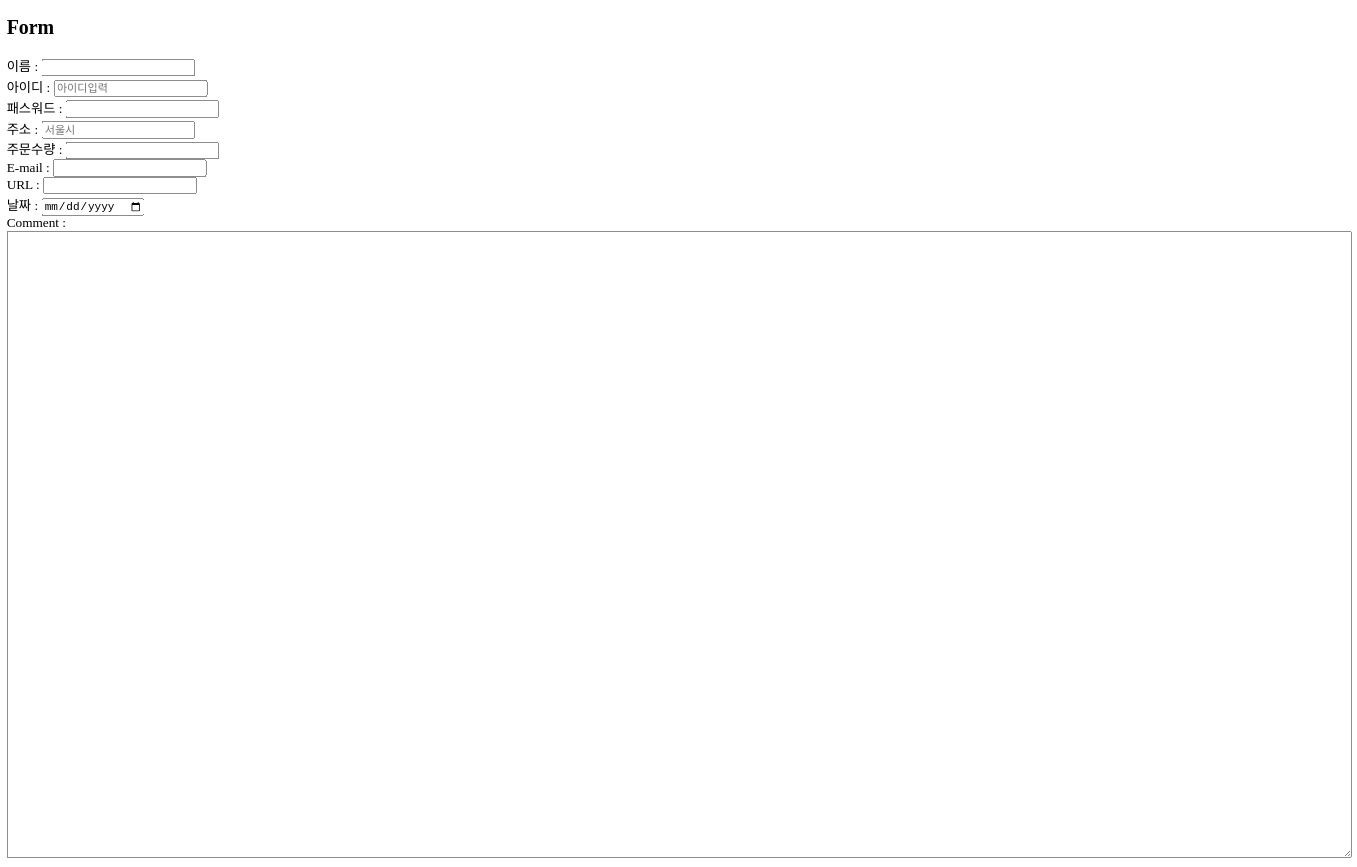
Repository: star-min/jsp_basic
Page: jsp1/web01/src/main/webapp/form.html
The author's editor kept a copy of each file at every save. The page is drawn from the files as they stood at one save, then again after the next save.
The browser window is 1280 px wide. The page is 1635 px wide, then 1280 px, so the pictures cover 1635 px, including what lies to the right of the window. The pictures show the whole page, at 83% of full size.

Above is the page before, as saved 2022-04-22 05:17:17.

### jsp1/web01/src/main/webapp/form.html
<!DOCTYPE html>
<html>
<head>
<meta charset="UTF-8">
<title>From</title>
<style>

</style>
</head>
<body>
	<header>
		<h2>Form</h2>
	</header>
	<tbody>
		<div>
			<tr>
				<th>이름 : </th>
				<td>
					<input type="text" id="mname" name="mname" class="name">
					</br>
				</td>
			</tr>
			<tr>
				<th>아이디 : </th>
				<td>
					<input type="text" id="uid" name="uid" class="indata" placeholder="아이디입력" required>
					</br>
				</td>
			</tr>
			<tr>
				<th>패스워드 : </th>
				<td>
					<input type="password"  id="upw" name="upw" class="pw">
					</br>
				</td>
			</tr>
			<tr>
				<th>주소 : </th>
				<td>
					<input type="text" placeholder="서울시">
					</br>
				</td>
			</tr>
			<tr>
				<th>주문수량 : </th>
				<td>
					<input type="text" >
					</br>
				</td>
			</tr>
			<tr>
				<th>E-mail : </th>
				<td>
					<input type="text">
					</br>
				</td>
			</tr>
			<tr>
				<th>URL : </th>
				<td>
					<input type="text">
					</br>
				</td>
			</tr>
			<tr>
				<th>날짜 : </th>
				<td>
					<input type="date">
					</br>
				</td>
			</tr>
			<tr>
				<th>Comment : </th>
				<td>
					<textarea rows="50" cols="200"></textarea>
					</br>
				</td>
			</tr>
		</div>
	</tbody>
</body>
</html>

After the next save:
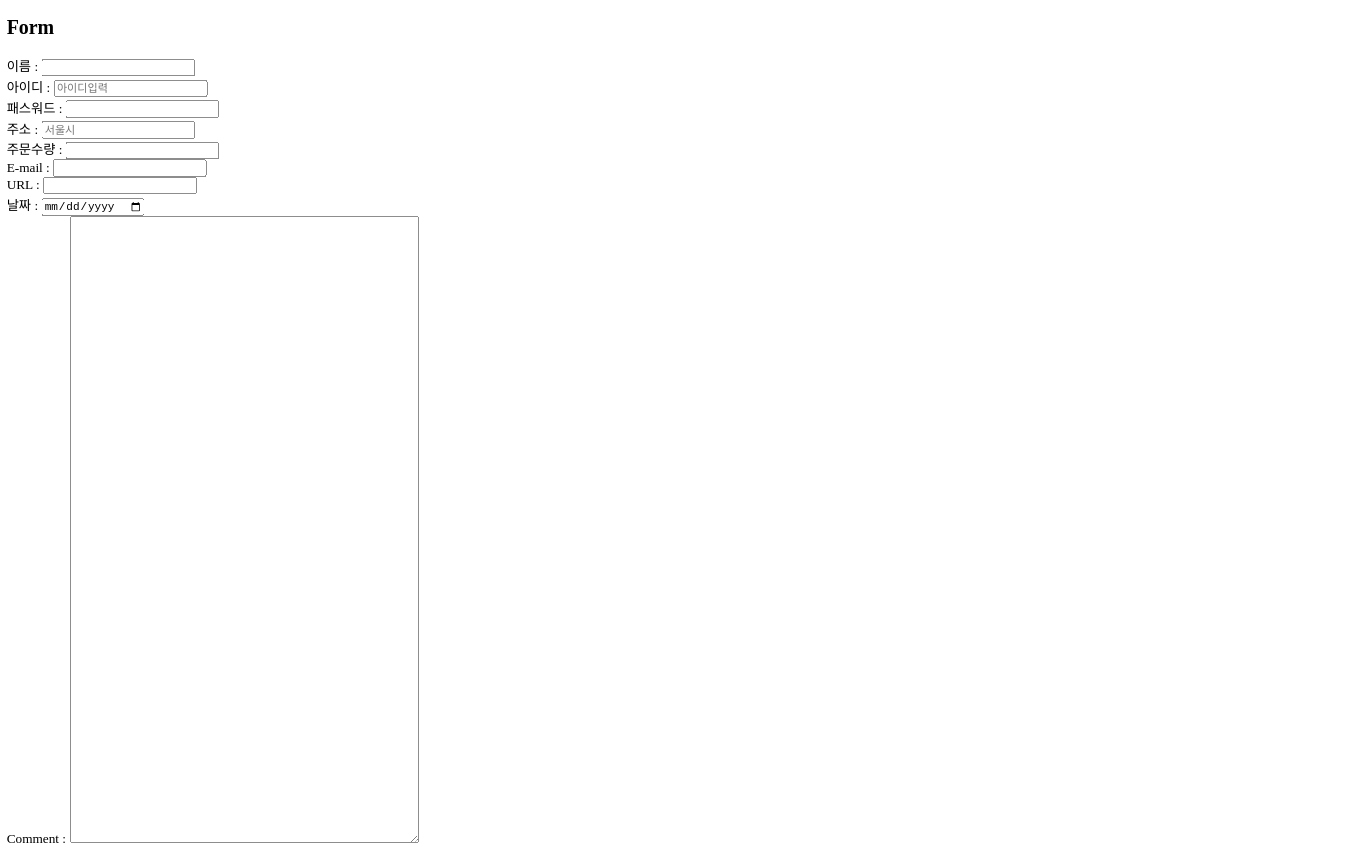
Saved 5 s later.
--- a/jsp1/web01/src/main/webapp/form.html
+++ b/jsp1/web01/src/main/webapp/form.html
@@ -72,7 +72,7 @@
 			<tr>
 				<th>Comment : </th>
 				<td>
-					<textarea rows="50" cols="200"></textarea>
+					<textarea rows="50" cols="50"></textarea>
 					</br>
 				</td>
 			</tr>
